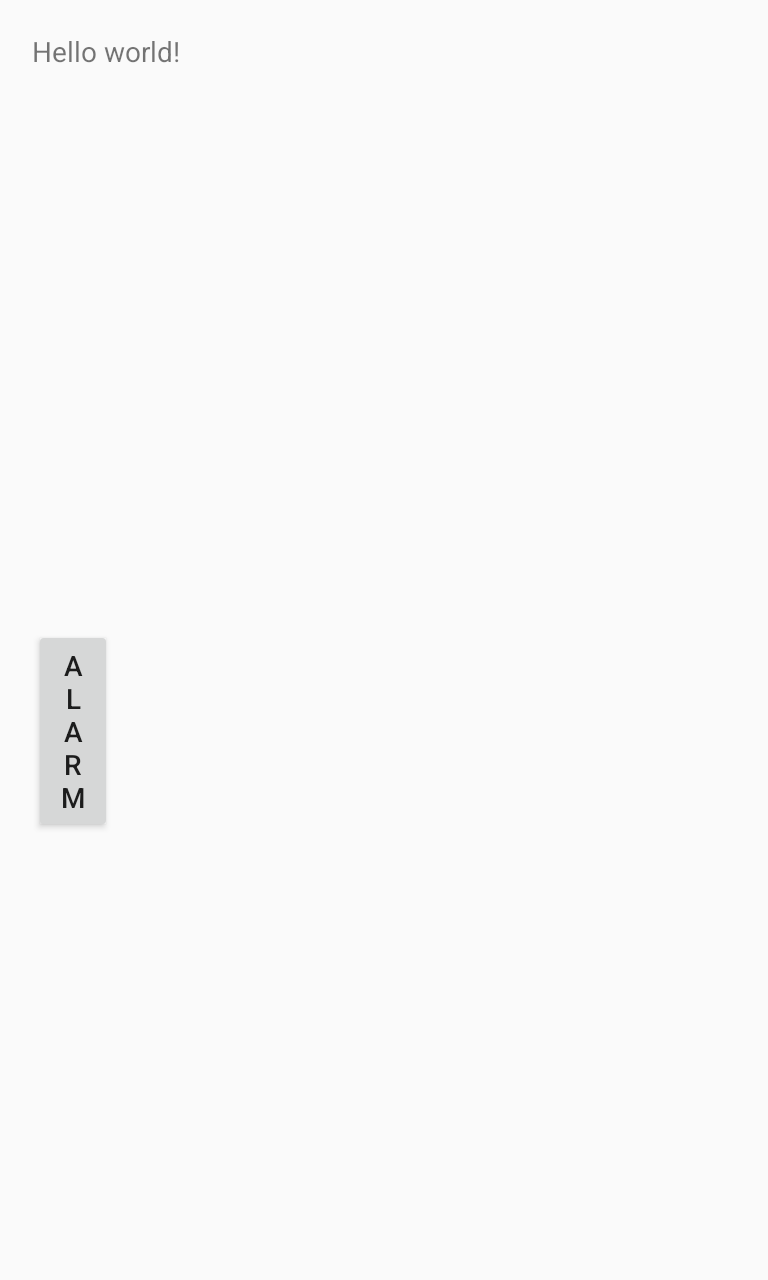
Repository: karakor/SilentSwitch2
Layout: SilentSwitch/res/layout/activity_main.xml
An editor plug-in stored every save of this project. The layout is shown before and after the next save, followed by the edit.
It is drawn on a 768 x 1280 px phone screen (xhdpi) without system bars, with theme AppTheme; the app's code is not run.

Above is the layout before, as saved 2015-03-02 06:41:46.

After the next save:
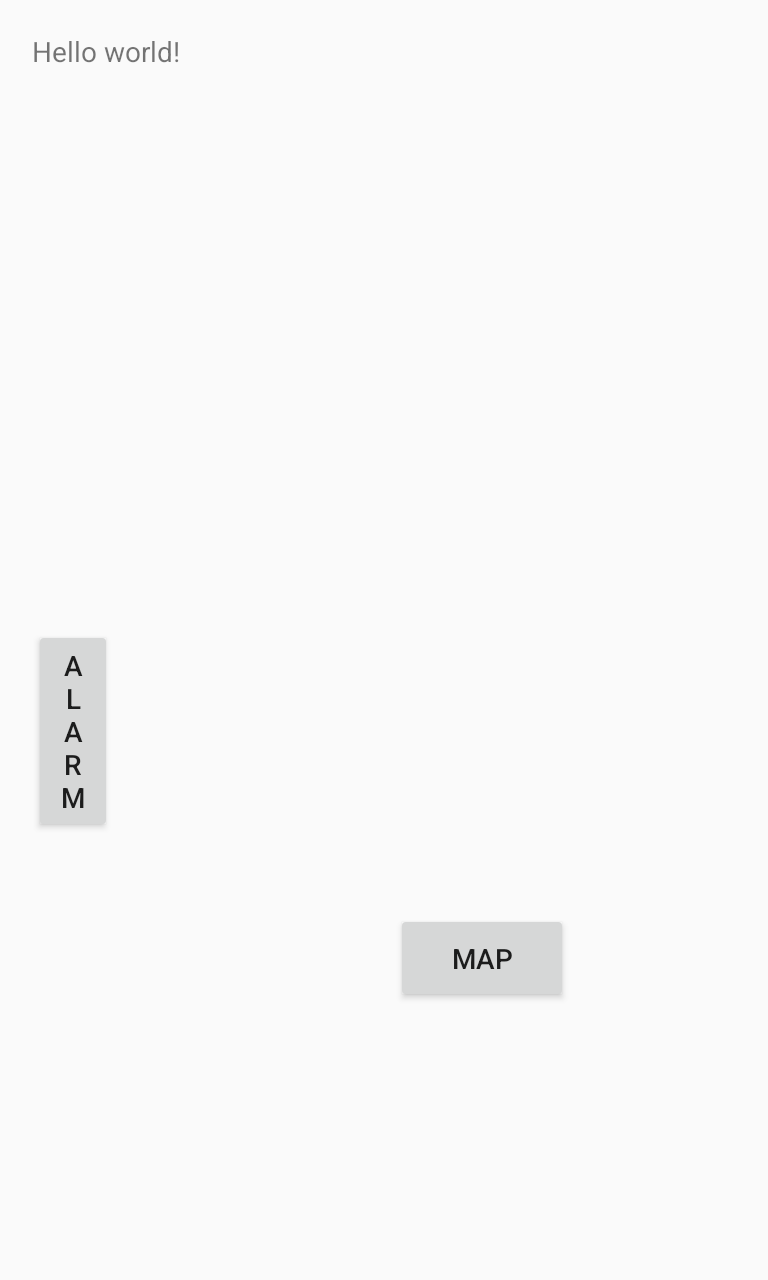
Saved 2 s later.
--- a/SilentSwitch/res/layout/activity_main.xml
+++ b/SilentSwitch/res/layout/activity_main.xml
@@ -24,4 +24,14 @@
         android:layout_marginRight="33dp"
         android:text="@string/Alarm_btn" />
 
+    <Button
+        android:id="@+id/Map_btn"
+        android:layout_width="wrap_content"
+        android:layout_height="wrap_content"
+        android:layout_alignTop="@+id/Alarm_btn"
+        android:layout_marginLeft="107dp"
+        android:layout_marginTop="142dp"
+        android:layout_toRightOf="@+id/Alarm_btn"
+        android:text="@string/Map_btn" />
+
 </RelativeLayout>
